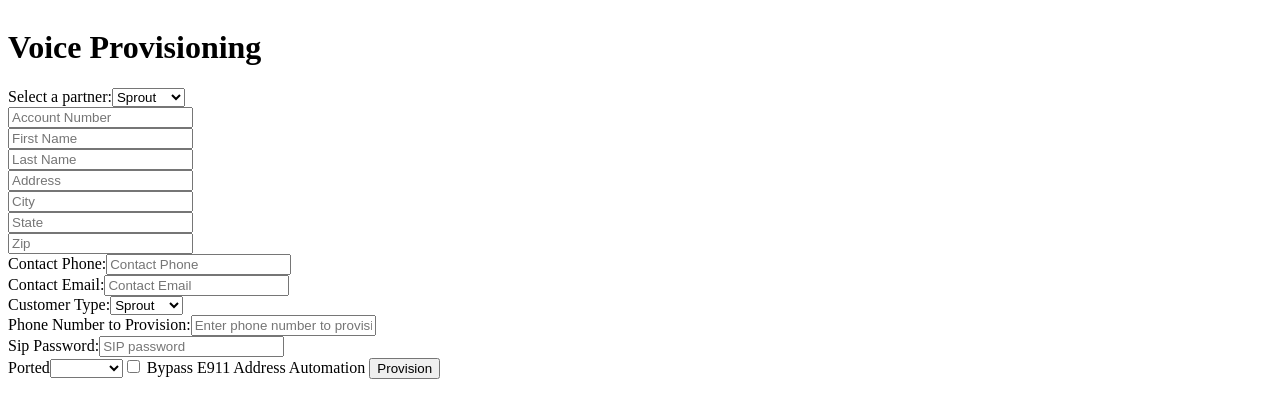
Repository: smallchungus/logiccom
Page: /
An editor plug-in stored every save of this project. The page is shown before and after the next save, followed by the edit.
The browser window is 1280 px wide. The pictures show the whole page.
The project was rebuilt for these pictures with package versions that can differ from the ones it lists, and the page was loaded fresh each time. Also part of the build but not shown: vite.config.ts.

Above is the page before, as saved 2023-05-04 11:11:13.

After the next save:
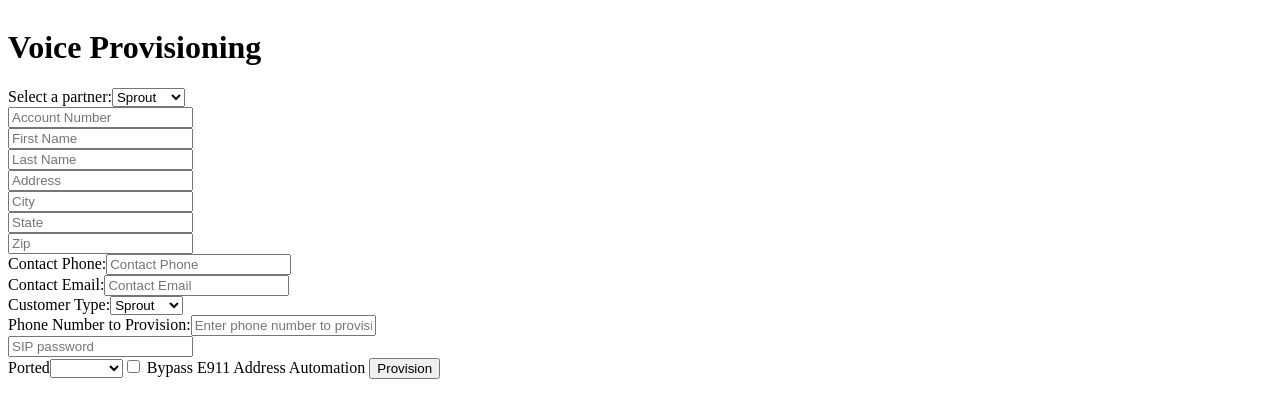
Saved 2 min 7 s later.
--- a/src/App.vue
+++ b/src/App.vue
@@ -65,7 +65,6 @@
       </div>
 
       <div class="form-group">
-        <label for="sipPassword">Sip Password:</label>
         <input type="password" id="sipPassword" name="sipPassword" placeholder="SIP password">
       </div>
 
